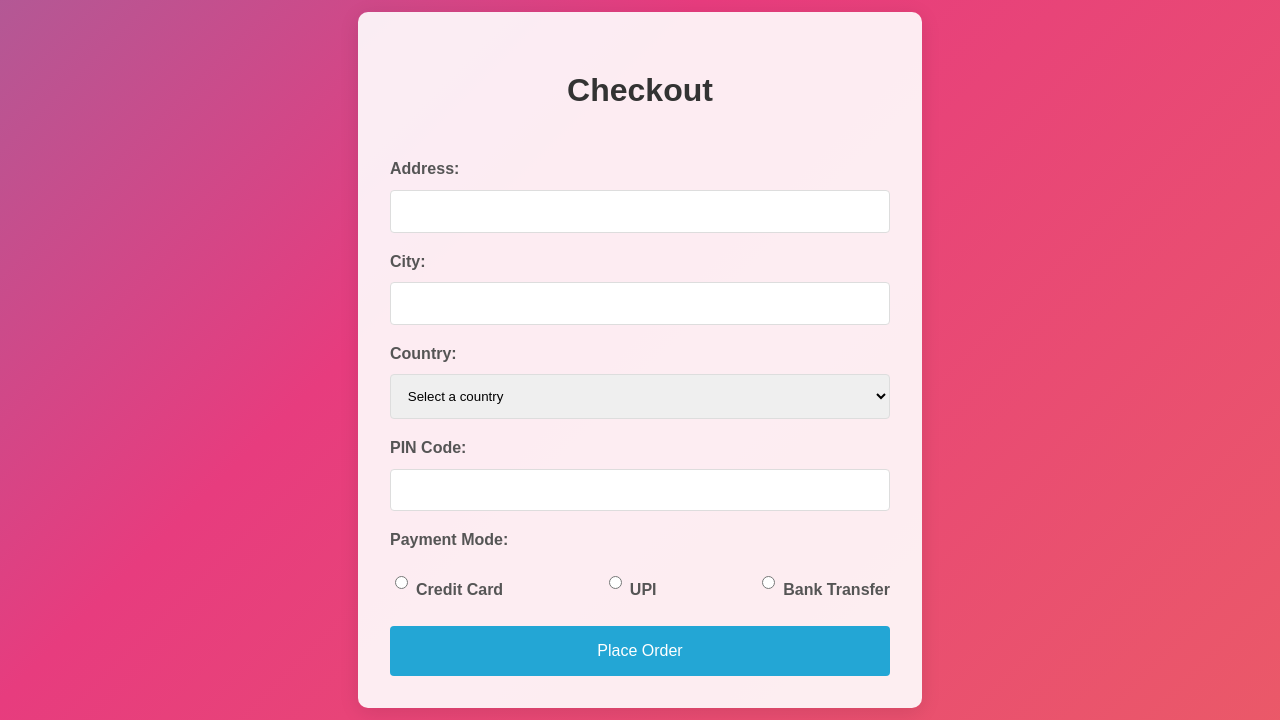
Repository: thotameghana/Food-Delivery
Page: http://localhost/FoodApplication/checkout.jsp
The author's editor kept a copy of each file at every save. The page is drawn from the files as they stood at one save, then again after the next save.
The browser window is 1280 px wide. The pictures show the whole page.
The page is served by Tomcat 10. Other server files are loaded and not shown.

Above is the page before, as saved 2024-12-30 05:59:23.

### FoodApplication/src/main/webapp/checkout.jsp
<%@ page language="java" contentType="text/html; charset=ISO-8859-1"
    pageEncoding="ISO-8859-1"%>
<!DOCTYPE html>
<html>
<head>
    <meta charset="UTF-8">
    <meta name="viewport" content="width=device-width, initial-scale=1.0">
    <title>Elegant Checkout Page</title>
    <style>
        @keyframes gradientBG {
            0% { background-position: 0% 50%; }
            50% { background-position: 100% 50%; }
            100% { background-position: 0% 50%; }
        }

        @keyframes fadeIn {
            from { opacity: 0; transform: translateY(20px); }
            to { opacity: 1; transform: translateY(0); }
        }

        body {
            font-family: 'Arial', sans-serif;
            line-height: 1.6;
            margin: 0;
            padding: 0;
            min-height: 100vh;
            display: flex;
            justify-content: center;
            align-items: center;
            background: linear-gradient(-45deg, #ee7752, #e73c7e, #23a6d5, #23d5ab);
            background-size: 400% 400%;
            animation: gradientBG 15s ease infinite;
        }

        .container {
            max-width: 500px;
            width: 90%;
            padding: 2rem;
            background-color: rgba(255, 255, 255, 0.9);
            border-radius: 10px;
            box-shadow: 0 4px 20px rgba(0, 0, 0, 0.1);
            animation: fadeIn 0.8s ease-out;
        }

        h1 {
            text-align: center;
            color: #333;
            margin-bottom: 1.5rem;
        }

        form {
            display: flex;
            flex-direction: column;
        }

        label {
            margin-top: 1rem;
            font-weight: bold;
            color: #555;
        }

        input[type="text"],
        select {
            width: 100%;
            padding: 0.8rem;
            margin-top: 0.5rem;
            border: 1px solid #ddd;
            border-radius: 4px;
            box-sizing: border-box;
            transition: border-color 0.3s ease;
        }

        input[type="text"]:focus,
        select:focus {
            outline: none;
            border-color: #23a6d5;
        }

        .payment-options {
            display: flex;
            justify-content: space-between;
            margin-top: 0.5rem;
        }

        .payment-option {
            display: flex;
            align-items: center;
        }

        .payment-option input[type="radio"] {
            margin-right: 0.5rem;
        }

        button {
            background-color: #23a6d5;
            color: white;
            padding: 1rem;
            border: none;
            border-radius: 4px;
            cursor: pointer;
            font-size: 1rem;
            margin-top: 1.5rem;
            transition: background-color 0.3s ease, transform 0.2s ease;
        }

        button:hover {
            background-color: #1c8ab1;
            transform: translateY(-2px);
        }

        button:active {
            transform: translateY(0);
        }

        @media (max-width: 600px) {
            .container {
                width: 95%;
                padding: 1.5rem;
            }
        }
    </style>
</head>
<body>
    <div class="container">
        <h1>Checkout</h1>
        <form>
            <label for="address">Address:</label>
            <input type="text" id="address" name="address" required>

            <label for="city">City:</label>
            <input type="text" id="city" name="city" required>

            <label for="country">Country:</label>
            <select id="country" name="country" required>
                <option value="">Select a country</option>
                <option value="usa">United States</option>
                <option value="canada">Canada</option>
                <option value="uk">INDIA</option>
                <option value="australia">Australia</option>
                <option value="germany">Germany</option>
                <option value="france">France</option>
                <option value="japan">Japan</option>
            </select>

            <label for="zip">PIN Code:</label>
            <input type="text" id="zip" name="zip" required>

            <label>Payment Mode:</label>
            <div class="payment-options">
                <div class="payment-option">
                    <input type="radio" id="credit-card" name="payment" value="credit-card" required>
                    <label for="credit-card">Credit Card</label>
                </div>
                <div class="payment-option">
                    <input type="radio" id="paypal" name="payment" value="paypal">
                    <label for="paypal">UPI</label>
                </div>
                <div class="payment-option">
                    <input type="radio" id="bank-transfer" name="payment" value="bank-transfer">
                    <label for="bank-transfer">Bank Transfer</label>
                </div>
            </div>

            <button type="submit">Place Order</button>
        </form>
    </div>
</body>
</html>

After the next save:
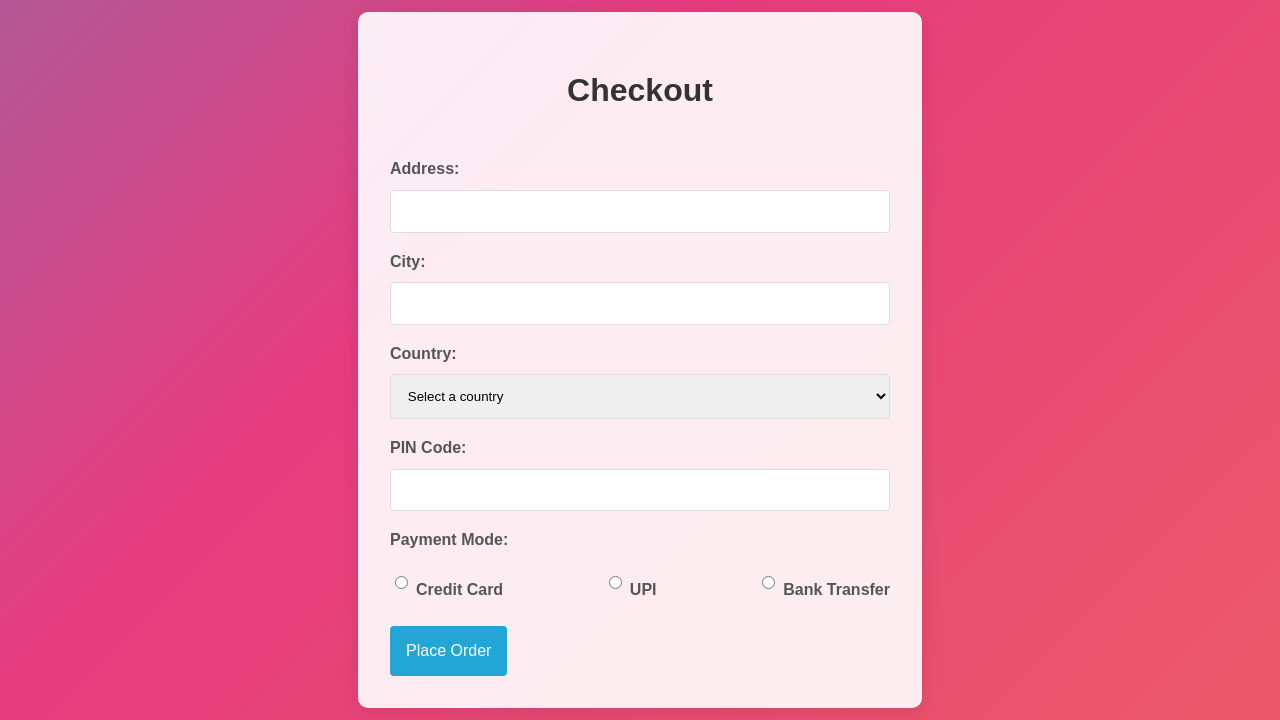
Saved 53 s later.
--- a/FoodApplication/src/main/webapp/checkout.jsp
+++ b/FoodApplication/src/main/webapp/checkout.jsp
@@ -161,7 +161,7 @@
                 </div>
             </div>
 
-            <button type="submit">Place Order</button>
+            <a href="Checkout"><button type="submit">Place Order</button></a>
         </form>
     </div>
 </body>

After the 2 saves that followed:
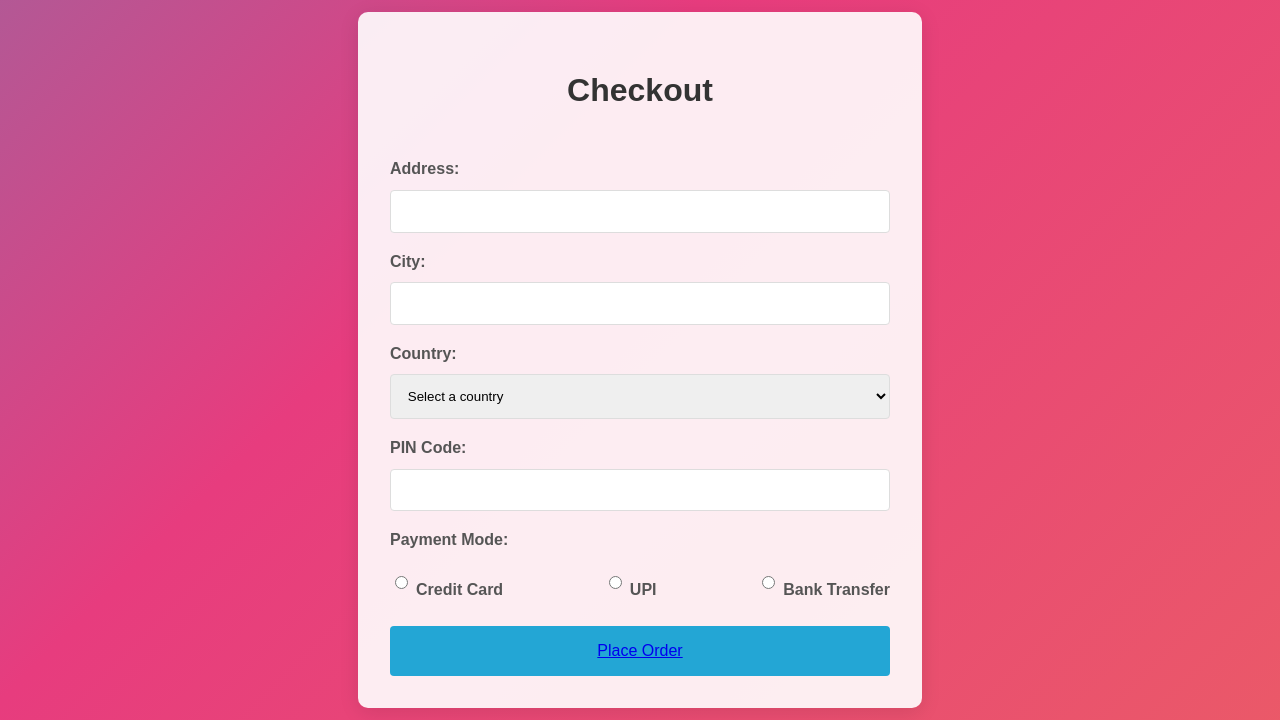
The 2 saves are shown as one change because 1 left the picture as it was.
The last was saved 5 min 44 s later.
--- a/FoodApplication/src/main/webapp/checkout.jsp
+++ b/FoodApplication/src/main/webapp/checkout.jsp
@@ -123,7 +123,7 @@
 <body>
     <div class="container">
         <h1>Checkout</h1>
-        <form>
+        <form action="Checkout">
             <label for="address">Address:</label>
             <input type="text" id="address" name="address" required>
 
@@ -161,7 +161,7 @@
                 </div>
             </div>
 
-            <a href="Checkout"><button type="submit">Place Order</button></a>
+            <button type="submit"><a href="Checkout">Place Order</a></button>
         </form>
     </div>
 </body>
